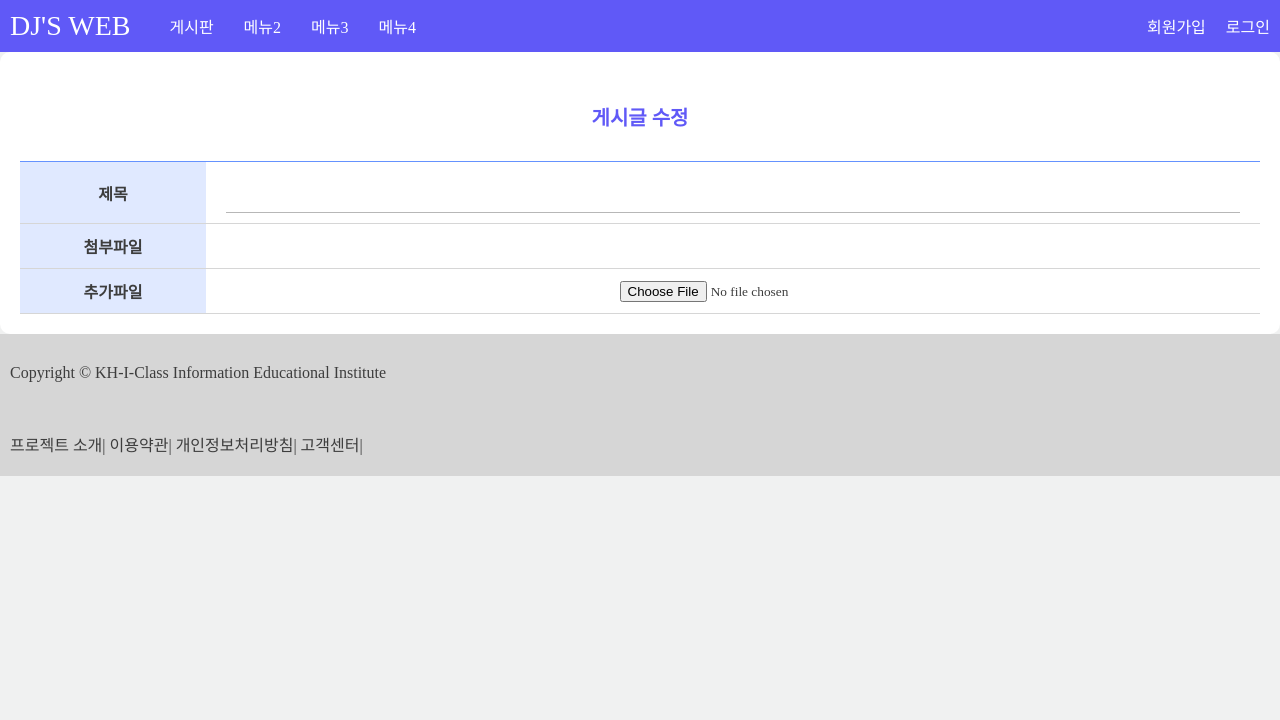
Repository: Godzilla-Man/codingStudy
Page: http://localhost/server_06_notice/notice/updateFrm
The author's editor kept a copy of each file at every save. The page is drawn from the files as they stood at one save, then again after the next save.
The browser window is 1280 px wide. The pictures show the whole page.
Some web fonts or font styles are not loaded; a fallback is used. The page is served by Tomcat 9. Other server files are loaded and not shown. Queries for data that is not in the repository find no rows.

Above is the page before, as saved 2025-05-12 03:09:26.

### server_06_notice/src/main/webapp/WEB-INF/views/notice/updateFrm.jsp
<%@ page language="java" contentType="text/html; charset=UTF-8"
    pageEncoding="UTF-8"%>
<%@ taglib uri="http://java.sun.com/jsp/jstl/core" prefix="c" %>
<!DOCTYPE html>
<html>
<head>
<meta charset="UTF-8">
<title>게시글 정보 수정</title>
</head>
<body>
	<div class="wrap">
		<jsp:include page="/WEB-INF/views/common/header.jsp"></jsp:include>
		<main>
			<section class="section notice-update-wrap">
				<div class="page-title">게시글 수정</div>
				<form action="/notice/update" method="post" enctype="multipart/form-data">
					<input type="hidden" name="noticeNo" value="${notice.noticeNo}">
					<table class="tbl">
						<tr>
							<th style="width:15%;">제목</th>
							<td>
								<div class="input-item">
									<input type="text" name="noticeTitle" value="${notice.noticeTitle}">
								</div>
							</td>
						</tr>
						<tr>
							<th>첨부파일</th>
							<td>
								<div class="left">
									<c:forEach var="file" items="${notice.fileList}">
										<div class="files">
											<span class="delFileName">${file.fileName}</span>
											<span class="material-icons delBtn">remove_circle</span>
										</div>
									</c:forEach>
								</div>
							</td>
						</tr>
						<tr>
							<th>추가파일</th>
							<td>
								<input type="file" name="addFile">
							</td>
						</tr>
					</table>
				</form>
			</section>
		</main>
		<jsp:include page="/WEB-INF/views/common/footer.jsp"></jsp:include>
	</div>
</body>
</html>

### server_06_notice/src/main/webapp/WEB-INF/views/common/header.jsp
<%@ page language="java" contentType="text/html; charset=UTF-8"
    pageEncoding="UTF-8"%>
<%@ taglib uri="http://java.sun.com/jsp/jstl/core" prefix="c" %>
<link rel="stylesheet" href="/resources/css/default.css">
<link href="https://fonts.googleapis.com/icon?family=Material+Icons" rel="stylesheet">
<script src="https://code.jquery.com/jquery-3.7.1.min.js"></script>
<script src="/resources/js/sweetalert.min.js"></script>

<header class="header">
	<div>
		<div class="logo">
			<a href="/">DJ'S WEB</a>
		</div>
		<nav class="nav">
			<ul>
				<li>
					<a href="/notice/getList?reqPage=1">게시판</a>
				</li>
				<li>
					<a href="#">메뉴2</a>
				</li>
				<li>
					<a href="#">메뉴3</a>
				</li>
				<li>
					<a href="#">메뉴4</a>
				</li>
			</ul>
		</nav>
		<ul class="user-menu">
			<%-- 세션에 로그인 회원 정보 등록 여부에 따라 다른 메뉴 출력 --%>
			<c:choose>
				<c:when test="${empty sessionScope.loginMember}">
					<li>
						<a href="/member/joinFrm">회원가입</a>
					</li>
					<li>
						<a href="/member/loginFrm">로그인</a>
					</li>
				</c:when>
				<c:otherwise>
					<li>
						<a href="/member/myPage">마이페이지</a>
					</li>
					<li>
						<a href="/member/logout">로그아웃</a>
					</li>
				</c:otherwise>
			</c:choose>
		</ul>
	</div>
</header>

### server_06_notice/src/main/webapp/WEB-INF/views/common/footer.jsp
<%@ page language="java" contentType="text/html; charset=UTF-8"
    pageEncoding="UTF-8"%>
<footer class="footer">
	<div>
		<p>Copyright &copy; KH-I-Class Information Educational Institute</p>
	</div>
	<div>
		<a href="#">프로젝트 소개</a><span>|</span>
		<a href="#">이용약관</a><span>|</span>
		<a href="#">개인정보처리방침</a><span>|</span>
		<a href="#">고객센터</a><span>|</span>
	</div>
</footer>

### server_06_notice/src/main/java/kr/or/iei/notice/controller/UpdateFrmServlet.java
package kr.or.iei.notice.controller;

import java.io.IOException;

import javax.servlet.RequestDispatcher;
import javax.servlet.ServletException;
import javax.servlet.annotation.WebServlet;
import javax.servlet.http.HttpServlet;
import javax.servlet.http.HttpServletRequest;
import javax.servlet.http.HttpServletResponse;

import kr.or.iei.notice.model.service.NoticeService;
import kr.or.iei.notice.model.vo.Notice;

/**
 * Servlet implementation class UpdateFrmServlet
 */
@WebServlet("/notice/updateFrm")
public class UpdateFrmServlet extends HttpServlet {
	private static final long serialVersionUID = 1L;

    /**
     * @see HttpServlet#HttpServlet()
     */
    public UpdateFrmServlet() {
        super();
        // TODO Auto-generated constructor stub
    }

	/**
	 * @see HttpServlet#doGet(HttpServletRequest request, HttpServletResponse response)
	 */
	protected void doGet(HttpServletRequest request, HttpServletResponse response) throws ServletException, IOException {
		//1. 인코딩
		//2. 값 추출 - 게시글 번호
		String noticeNo = request.getParameter("noticeNo");
		//3. 로직 - 게시글 1개 정보 조회
		NoticeService service = new NoticeService();
		Notice notice = service.selectOneNotice(noticeNo, true); //상세보기 이동 시, 정의했던 메소드 재사용

		//4. 결과 처리
		//4.1 이동 페이지 경로 지정
		RequestDispatcher view = request.getRequestDispatcher("/WEB-INF/views/notice/updateFrm.jsp");
		//4.2 화면 구현에 필요한 데이터 등록
		request.setAttribute("notice", notice);
		//4.3 페이지 이동
		view.forward(request, response);
	}

	/**
	 * @see HttpServlet#doPost(HttpServletRequest request, HttpServletResponse response)
	 */
	protected void doPost(HttpServletRequest request, HttpServletResponse response) throws ServletException, IOException {
		// TODO Auto-generated method stub
		doGet(request, response);
	}

}

### server_06_notice/src/main/java/kr/or/iei/notice/model/service/NoticeService.java
package kr.or.iei.notice.model.service;

import java.sql.Connection;
import java.util.ArrayList;

import kr.or.iei.common.JDBCTemplate;
import kr.or.iei.common.ListData;
import kr.or.iei.notice.model.dao.NoticeDao;
import kr.or.iei.notice.model.vo.Notice;
import kr.or.iei.notice.model.vo.NoticeFile;

public class NoticeService {

	private NoticeDao dao;

	public NoticeService() {
		dao = new NoticeDao();
	}

	public ListData<Notice> selectNoticeList(int reqPage) {
		Connection conn = JDBCTemplate.getConnection();

		//한 페이지에 보여줄 게시글의 갯수
		int viewNoticeCnt = 10;

		//시작 행번호(start)와 끝 행번호(end)를  요청 페이지 번호(reqPage)에 따라 연산

		/*
		 *  reqPage == 1, start ==1, end == 10
		 *  reqPage == 2, start ==11, end == 20
		 *  reqPage == 3, start ==21, end == 30
		 *  reqPage == 4, start ==31, end == 40
		 *  .
		 *  .
		 */
		int end = reqPage * viewNoticeCnt;
		int start = end - viewNoticeCnt + 1;


		ArrayList<Notice> list = dao.selectNoticeList(conn, start, end);

		//페이지네이션 작업 < 1 2 3 4 5 6 7 >

		//전체 게시글 갯수 조회(totCnt)
		int totCnt = dao.selectTotalCount(conn);

		//전체 페이지 갯수(totPage)
		/*
		 * totCnt == 23개 == 3개 페이지
		 * totCnt == 29개 == 3개 페이지
		 * totCnt == 60개 == 6개 페이지
		 * totCnt == 100개 == 10개 페이지
		 * totCnt == 101개 == 11개 페이지
		 *
		 * 전체 게시글 갯수를 한 페이지에 보여줄 게시글 갯수로 나누었을 때,
		 * 나머지가 존재한다면 나머지 게시글을 보여줄 페이지가 1개 더 필요.
		 */

		int totPage = 0;
		if(totCnt % viewNoticeCnt > 0) { //나머지 구하는 수식으로 페이지네이션 구성
			totPage = totCnt / viewNoticeCnt + 1;
		}else {
			totPage = totCnt / viewNoticeCnt;
		}

		//페이지네이션 사이즈 1 2 3 4 5
		int pageNaviSize = 5; //페이지 번호의 사이즈 -> 몇개를 보여줄 것인지

		/*
		 * ((3-1) / 5) * 5 + 1 -> 1페이지
		 * ((7-1) / 5) * 5 + 1 -> 6페이지
		 * ((14-1) / 5) * 5 + 1 -> 11페이지
		 */
		//페이지네이션의 시작 번호 (1,2,3,4,5 그룹이면 1이고, 6,7,8,9,10 그룹이면 6이고 11,12,13,14,15, 그룹이면 11)
		int pageNo = ((reqPage-1) / pageNaviSize) * pageNaviSize + 1;

		//페이지 하단에 보여줄 페이지네이션 HTML 코드 작성
		String pageNavi = "<ul class='pagination circle-style'>";

		//이전 버튼
		if(pageNo != 1) {
			pageNavi += "<li>";
			pageNavi += "<a class='page-item' href='/notice/getList?reqPage=" + (pageNo - 1) + "'>";
			pageNavi += "<span class='material-icons'>chevron_left</span>";
			pageNavi += "</a></li>";
		}

		for(int i=0; i<pageNaviSize; i++) {
			pageNavi += "<li>";

			//페이지 번호 작성 중, 사용자가 요청한 페이지 일 때 클래스를 다르게 지정하여 시각적인 효과
			if(pageNo == reqPage) {
				pageNavi += "<a class='page-item active-page' href='/notice/getList?reqPage=" + pageNo + "'>";
			}else {
				pageNavi += "<a class='page-item' href='/notice/getList?reqPage=" + pageNo + "'>";
			}

			pageNavi += pageNo; //시작태그와 종료 태그 사이에 작성되는 값
			pageNavi += "</a></li>";
			pageNo++;

			//설정한 pageNaviSize만큼 항상 그리지 않고, 마지막 페이지 그렸으면 더 이상 생성하지 않도록 처리
			//ex) 총 게시글 갯수가 130개면, 13개 페이지가 그려져야 함. 근데 pageNaviSize만큼 반복문 처리하면 11, 12, 13, 14, 15까지 모두 그려진다.. 13까지만 그리고 반복문 종료
			if(pageNo > totPage) {
				break;
			}
		}

		//다음 버튼
		if(pageNo <= totPage) {
			pageNavi += "<li>";
			pageNavi += "<a class='page-item' href='/notice/getList?reqPage=" + pageNo + "'>";
			pageNavi += "<span class='material-icons'>chevron_right</span>";
			pageNavi += "</a></li>";
		}

		pageNavi +="</ul>";

		/*
		 * 서블릿으로 리턴해야되는 값 => 게시글 리스트(list)와 페이지 하단에 보여줄 페이지네이션(pageNavi)
		 * 자바에서 메소드는 하나의 값만을 리턴할 수 있음. => 2개의 값을 저장할 수 있는 객체 ListData 생성
		 */

		ListData<Notice> listdata = new ListData<Notice>();
		listdata.setList(list);
		listdata.setPageNavi(pageNavi);

		JDBCTemplate.close(conn);
		return listdata;
	}

	public int insertNotice(Notice notice, ArrayList<NoticeFile> fileList) {
		Connection conn = JDBCTemplate.getConnection();

		/* 현재 기능은 등록 == insert임.
		 * 대상 테이블은 tbl_notice(게시판), tbl_notice_file(게시판의 파일)
		 * 	- 부모 테이블 : tbl_notice
		 *  - 자식 테이블 : tbl_notice_file
		 *
		 *  부모 테이블의 데이터가 존재해야, 자식 테이블에 INSERT가 가능함.
		 *  즉, tbl_notice에 insert가 먼저 수행되어야 함.
		 *
		 *  (1)게시글 번호 조회 select Query
		 *
		 *  (2)tbl_notice에 insert Query
		 *  insert into tbl_notice values(?, ?, ?, ?, sysdate, default);
		 *
		 *  (3)tbl_notice_file insert Query
		 *  insert into tbl_notice_file values(seq_notice_file.nextval, ?, 4, '0')
		 *
		 */

		//(1) 게시글 번호 조회. 아래 (2)와 (3)에서 동일한 게시글 번호를 공유해야 하므로 선 조회
		String noticeNo = dao.selectNoticeNo(conn);

		notice.setNoticeNo(noticeNo);

		//(2) tbl_notice에 insert(게시글 정보 선등록)
		int result = dao.insertNotice(conn, notice);

		if(result > 0) {
			for(NoticeFile file : fileList) {
				file.setNoticeNo(noticeNo); //(1)에서 조회한 게시글 번호

				//(3) tbl_notice_file에 insert(게시글에 대한 파일 등록)
				result = dao.insertNoticeFile(conn, file);

				//파일 정보 등록 중, 정상 수행되지 않았을 경우 모두 롤백처리하고, 메소드 종료
				if(result < 1) {
					JDBCTemplate.rollback(conn);
					JDBCTemplate.close(conn);
					return 0;
				}
			}
		}else {
			JDBCTemplate.rollback(conn);
		}

		JDBCTemplate.close(conn);

		return result;
	}

	public Notice selectOneNotice(String noticeNo, boolean updChk) {
		Connection conn = JDBCTemplate.getConnection();

		/*
		 * 게시글 상세 조회
		 * (1) 게시글 정보 조회 tbl_notice select
		 * (2) 게시글에 대한 파일 정보 조회
		 * (3) 게시글 조회수 업데이트
		 *
		 */

		//(1) 게시글 정보 조회
		Notice notice = dao.selectOneNotice(conn, noticeNo);

		if(notice != null) {
			//(3) 게시글 조회수 업데이트
			int result = 0;


			/*
			 * updChk == true : 상세보기 이동 시 호출 => 이때만 조회 수 업데이트
			 * updChk == false : 수정하기로 이동 시 호출
			 */
			if(updChk) {
				result = dao.updateReadCount(conn, noticeNo);
			}

			if(result > 0 || !updChk) {
				JDBCTemplate.commit(conn);

				ArrayList<NoticeFile> fileList = dao.selectNoticeFileList(conn, noticeNo);
				notice.setFileList(fileList);

			}else {
				JDBCTemplate.rollback(conn);
			}
		}

		return notice;
	}

	public ArrayList<NoticeFile> deleteNotice(String noticeNo) {
		Connection conn = JDBCTemplate.getConnection();
		/*
		 * 1. DB 게시글 정보 삭제
		 * 2. DB 게시글에 대한 파일 정보 삭제 -> 테이블 생성 시, 삭제 옵션이 CASCADE로 지정되어 (1) 수행 시, 자동으로 삭제된다.
		 * 3. 서버에 있는 파일 삭제를 위해, SELECT
		 *
		 * 1. 서버에 있는 파일 삭제를 위해, TBL_NOTICE_FILE에서 SELECT
		 * 2. DB 게시글 정보 삭제
		 *
		 */

		//1. 서버에 있는 파일 삭제를 위해, TBL_NOTICE_FILE에서 SELECT
		ArrayList<NoticeFile> delFileList =  dao.selectNoticeFileList(conn, noticeNo);

		//2. DB게시글 정보 삭제
		int result = dao.deleteNotice(conn,noticeNo);

		if(result > 0) {
			JDBCTemplate.commit(conn);
			return delFileList;
		}else {
			JDBCTemplate.rollback(conn);
			JDBCTemplate.close(conn);
			return null; //비정상 삭제 시, 서버에서 파일이 삭제되지 않도록 null 리턴
		}
	}
}

### server_06_notice/src/main/java/kr/or/iei/notice/model/dao/NoticeDao.java
package kr.or.iei.notice.model.dao;

import java.sql.Connection;
import java.sql.PreparedStatement;
import java.sql.ResultSet;
import java.sql.SQLException;
import java.util.ArrayList;

import kr.or.iei.common.JDBCTemplate;
import kr.or.iei.notice.model.vo.Notice;
import kr.or.iei.notice.model.vo.NoticeFile;

public class NoticeDao {

	public ArrayList<Notice> selectNoticeList(Connection conn, int start, int end) {
		PreparedStatement pstmt = null;
		ResultSet rset = null;

		ArrayList<Notice> list = new ArrayList<Notice>();

		//목록 페이지에서는 일부 정보만 표기하기 위해, 모든 컬럼 조회 X. 작성일 기준 내림차순(가장 최신글이 상단에 보이도록)
		String query = "SELECT NOTICE_NO, NOTICE_TITLE,(SELECT MEMBER_ID FROM TBL_MEMBER wHERE member_no = NOTICE_WRITER) AS NOTICE_WRITER,NOTICE_DATE,READ_COUNT FROM(SELECT ROWNUM RNUM, A.*FROM(SELECT *\r\n"
				+ "              FROM TBL_NOTICE A\r\n"
				+ "             ORDER BY NOTICE_DATE DESC\r\n"
				+ "           ) A\r\n"
				+ "     )\r\n"
				+ " WHERE RNUM >= ? AND RNUM <= ?";


		try {
			pstmt = conn.prepareStatement(query);

			pstmt.setInt(1,  start);
			pstmt.setInt(2, end);

			rset = pstmt.executeQuery();

			while(rset.next()) {
				Notice n = new Notice();
				n.setNoticeNo(rset.getString("notice_no")); //목록에서 클릭하면 상세보기로 이동하기 위해
				n.setNoticeTitle(rset.getString("notice_title"));
				n.setNoticeWriter(rset.getString("notice_writer"));
				n.setNoticeDate(rset.getString("notice_date"));
				n.setReadCount(rset.getInt("read_count"));

				list.add(n);
			}
		} catch (SQLException e) {
			// TODO Auto-generated catch block
			e.printStackTrace();
		} finally {
			JDBCTemplate.close(rset);
			JDBCTemplate.close(pstmt);
		}

		return list;
	}

	public int selectTotalCount(Connection conn) {
		PreparedStatement pstmt = null;
		ResultSet rset = null;

		int totCnt = 0;

		String query = "select count(*) as cnt from tbl_notice";

		try {
			pstmt = conn.prepareStatement(query);
			rset = pstmt.executeQuery();
			rset.next();
			totCnt = rset.getInt("cnt");

		} catch (SQLException e) {
			// TODO Auto-generated catch block
			e.printStackTrace();
		} finally {
			JDBCTemplate.close(rset);
			JDBCTemplate.close(pstmt);;
		}

		return totCnt;
	}

	public String selectNoticeNo(Connection conn) {
		PreparedStatement pstmt = null;
		ResultSet rset = null;

		String noticeNo = "";

		String query = "select to_char(sysdate, 'yymmdd') || lpad(seq_notice.nextval, 4, '0') notice_no from dual";

		try {
			pstmt = conn.prepareStatement(query);
			rset = pstmt.executeQuery();

			if(rset.next()) {
				noticeNo = rset.getString("notice_no");
			}

		} catch (SQLException e) {
			// TODO Auto-generated catch block
			e.printStackTrace();
		} finally {
			JDBCTemplate.close(rset);
			JDBCTemplate.close(pstmt);
		}
		return noticeNo;
	}

	public int insertNotice(Connection conn, Notice notice) {
		PreparedStatement pstmt = null;

		int result = 0;

		String query = "insert into tbl_notice values (?, ?, ?, ?, sysdate, default)";

		try {
			pstmt = conn.prepareStatement(query);

			pstmt.setString(1, notice.getNoticeNo());
			pstmt.setString(2, notice.getNoticeTitle());
			pstmt.setString(3, notice.getNoticeContent());
			pstmt.setString(4, notice.getNoticeWriter());

			result = pstmt.executeUpdate();
		} catch (SQLException e) {
			// TODO Auto-generated catch block
			e.printStackTrace();
		} finally {
			JDBCTemplate.close(pstmt);
		}

		return result;
	}

	public int insertNoticeFile(Connection conn, NoticeFile file) {
		PreparedStatement pstmt = null;

		int result = 0;

		String query = "insert into tbl_notice_file values(seq_notice_file.nextval, ?, ?, ?)";

		try {
			pstmt = conn.prepareStatement(query);

			pstmt.setString(1, file.getNoticeNo());
			pstmt.setString(2, file.getFileName());
			pstmt.setString(3, file.getFilePath());

			result = pstmt.executeUpdate();
		} catch (SQLException e) {
			// TODO Auto-generated catch block
			e.printStackTrace();
		} finally {
			JDBCTemplate.close(pstmt);
		}
		return result;
	}

	public Notice selectOneNotice(Connection conn, String noticeNo) {
		PreparedStatement pstmt = null;
		ResultSet rset = null;

		Notice notice = null;

		String query = "select notice_title, notice_content, notice_date, read_count, (select member_id from tbl_member where member_no = notice_writer) as notice_writer from tbl_notice where notice_no = ?";

		try {
			pstmt = conn.prepareStatement(query);
			pstmt.setString(1, noticeNo);
			rset = pstmt.executeQuery();

			if(rset.next()) {
				notice = new Notice();
				notice.setNoticeNo(noticeNo);
				notice.setNoticeTitle(rset.getString("notice_title"));
				notice.setNoticeContent(rset.getString("notice_content"));
				notice.setNoticeWriter(rset.getString("notice_writer"));
				notice.setNoticeDate(rset.getString("notice_date"));
				notice.setReadCount(rset.getInt("read_count"));
			}
		} catch (SQLException e) {
			// TODO Auto-generated catch block
			e.printStackTrace();
		} finally {
			JDBCTemplate.close(rset);
			JDBCTemplate.close(pstmt);
		}
		return notice;
	}

	public int updateReadCount(Connection conn, String noticeNo) {
		PreparedStatement pstmt = null;

		int result = 0;

		String query = "update tbl_notice set read_count = read_count + 1 where notice_no = ?";

		try {
			pstmt = conn.prepareStatement(query);
			pstmt.setString(1, noticeNo);
			result = pstmt.executeUpdate();
		} catch (SQLException e) {
			// TODO Auto-generated catch block
			e.printStackTrace();
		} finally {
			JDBCTemplate.close(pstmt);
		}

		return result;
	}

	public ArrayList<NoticeFile> selectNoticeFileList(Connection conn, String noticeNo) {
		PreparedStatement pstmt = null;
		ResultSet rset = null;

		ArrayList<NoticeFile> fileList = new ArrayList<NoticeFile>();

		String query = "select * from tbl_notice_file where notice_no = ?";

		try {
			pstmt = conn.prepareStatement(query);
			pstmt.setString(1, noticeNo);
			rset = pstmt.executeQuery();

			while(rset.next()) {
				NoticeFile file = new NoticeFile();
				file.setFileNo(rset.getInt("file_no"));
				file.setNoticeNo(noticeNo);
				file.setFileName(rset.getString("file_name"));
				file.setFilePath(rset.getString("file_path"));

				fileList.add(file);
			}
		} catch (SQLException e) {
			// TODO Auto-generated catch block
			e.printStackTrace();
		} finally {
			JDBCTemplate.close(rset);
			JDBCTemplate.close(pstmt);
		}

		return fileList;
	}

	public int deleteNotice(Connection conn, String noticeNo) {

		PreparedStatement pstmt = null;

		int result = 0;

		String query = "delete from tbl_notice where notice_no = ?";

		try {
			pstmt = conn.prepareStatement(query);
			pstmt.setString(1, noticeNo);
			result = pstmt.executeUpdate();
		} catch (SQLException e) {
			// TODO Auto-generated catch block
			e.printStackTrace();
		} finally {
			JDBCTemplate.close(pstmt);
		}
		return result;
	}
}

### server_06_notice/src/main/java/kr/or/iei/common/JDBCTemplate.java
package kr.or.iei.common;

import java.sql.Connection;
import java.sql.DriverManager;
import java.sql.PreparedStatement;
import java.sql.ResultSet;
import java.sql.SQLException;

public class JDBCTemplate {

	public static Connection getConnection() {
		Connection conn = null;

		try {
			Class.forName("oracle.jdbc.driver.OracleDriver");
			conn = DriverManager.getConnection("jdbc:oracle:thin:@127.0.0.1:1521:xe","server_notice","1234"); //DB계정 정보 입력
			conn.setAutoCommit(false); //자동 커밋 방지. 트랜잭션 관리는 서비스 계층에서 처리.
		} catch (ClassNotFoundException e) {
			// TODO Auto-generated catch block
			e.printStackTrace();
		} catch (SQLException e) {
			// TODO Auto-generated catch block
			e.printStackTrace();
		}
		return conn;
	}

	public static void close(Connection conn) {
			try {
				if(conn != null && !conn.isClosed()) {
				conn.close();
				}
			} catch (SQLException e) {
				// TODO Auto-generated catch block
				e.printStackTrace();

		}
	}
	public static void close(PreparedStatement pstmt) {
		try {
			if(pstmt != null && !pstmt.isClosed()) {
			pstmt.close();
			}
		} catch (SQLException e) {
			// TODO Auto-generated catch block
			e.printStackTrace();

		}
	}
	public static void close(ResultSet rset) {
		try {
			if(rset != null && !rset.isClosed()) {
			rset.close();
			}
		} catch (SQLException e) {
			// TODO Auto-generated catch block
			e.printStackTrace();

		}
	}
	public static void commit(Connection conn) {
		try {
			if(conn != null && !conn.isClosed()) {
			conn.commit();
			}
		} catch (SQLException e) {
			// TODO Auto-generated catch block
			e.printStackTrace();
		}
	}
	public static void rollback(Connection conn) {
		try {
			if(conn != null && !conn.isClosed()) {
			conn.rollback();
			}
		} catch (SQLException e) {
			// TODO Auto-generated catch block
			e.printStackTrace();
		}
	}
}

Loaded but not shown: server_06_notice/src/main/webapp/resources/js/sweetalert.min.js (library); server_06_notice/src/main/webapp/resources/css/default.css (533 lines, source omitted)

After the next save:
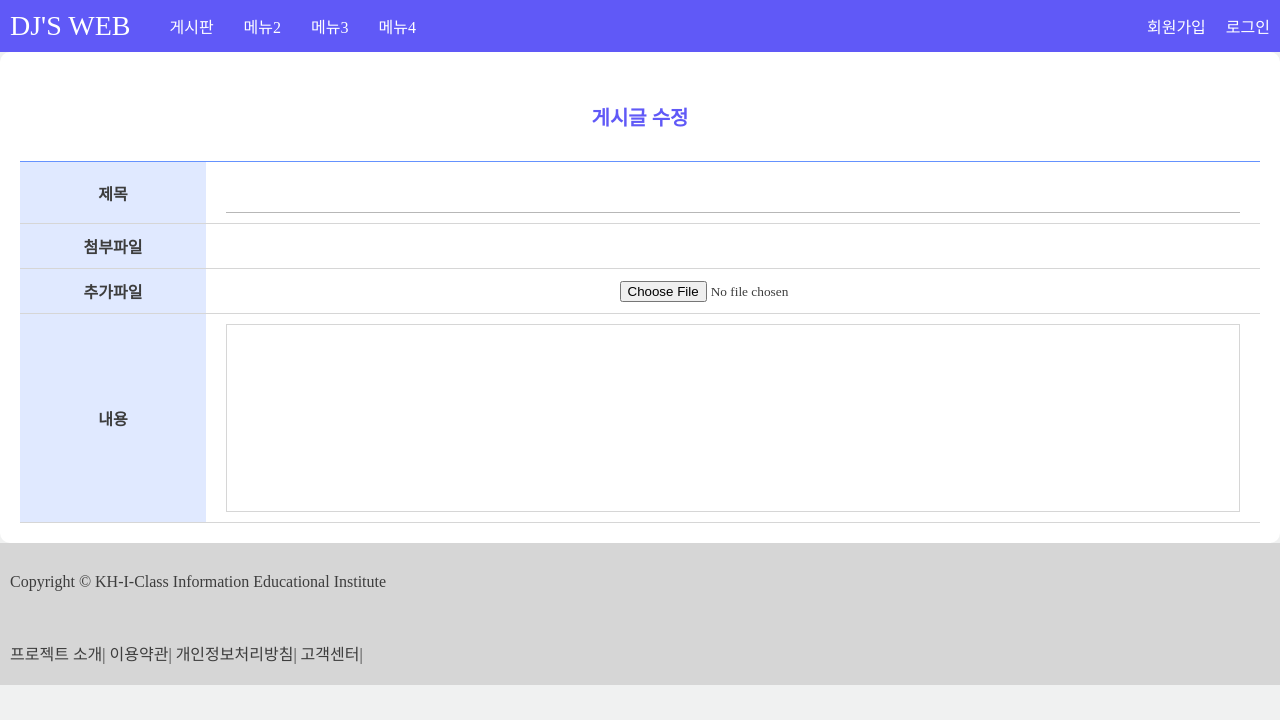
Saved 53 s later.
--- a/server_06_notice/src/main/webapp/WEB-INF/views/notice/updateFrm.jsp
+++ b/server_06_notice/src/main/webapp/WEB-INF/views/notice/updateFrm.jsp
@@ -43,6 +43,14 @@
 								<input type="file" name="addFile">
 							</td>
 						</tr>
+						<tr>
+							<th>내용</th>
+							<td class="left">
+								<div class="input-item">
+									<textarea name="noticeContent">${notice.noticeContent}</textarea>
+								</div>
+							</td>
+						</tr>
 					</table>
 				</form>
 			</section>
